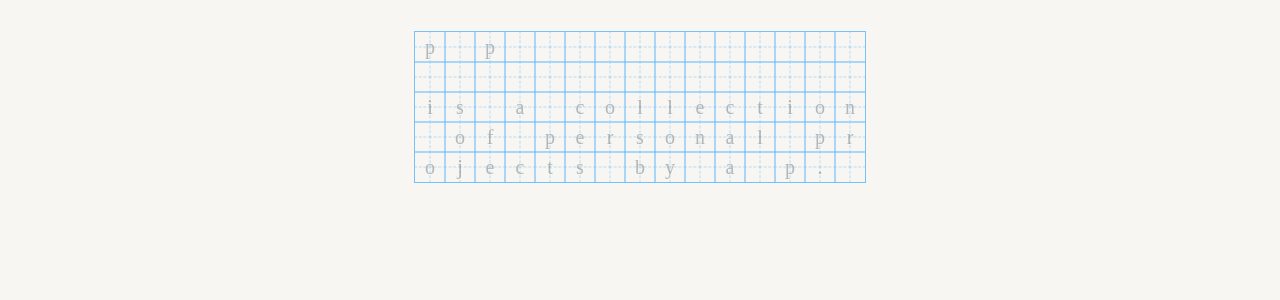
Repository: pyrcl090/p-p
Page: index.html
An editor plug-in stored every save of this project. The page is shown before and after a run of saves, followed by the edit.
The browser window is 1280 px wide. The pictures show the whole page.
The page's requests for data from a server got no answer. Some web fonts or font styles are not loaded; a fallback is used.

Above is the page before, as saved 2025-04-19 23:38:36.

After the next 2 saves:
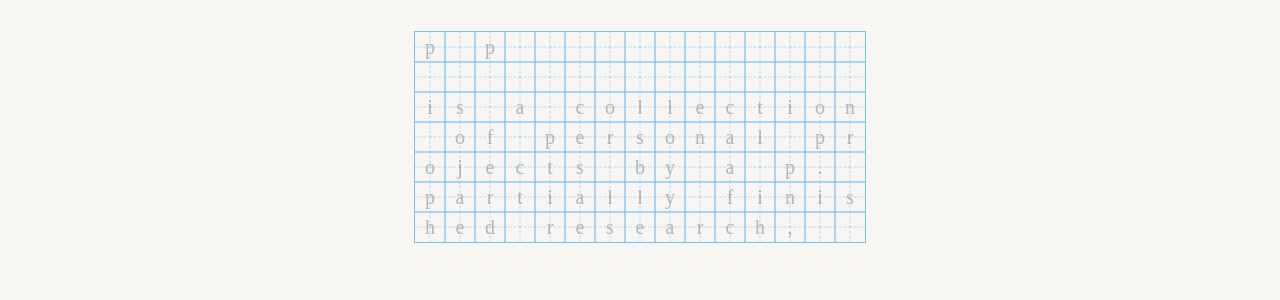
The 2 saves are shown as one change because they came seconds apart.
The last was saved 15 s later.
--- a/script.js
+++ b/script.js
@@ -7,7 +7,7 @@ const channels = [
 const menuItems = [
   {
     title: 'p p',
-    content: '                          is a collection of personal projects by a p. '
+    content: '                          is a collection of personal projects by a p. partially finished research, '
   }
 ];
 
